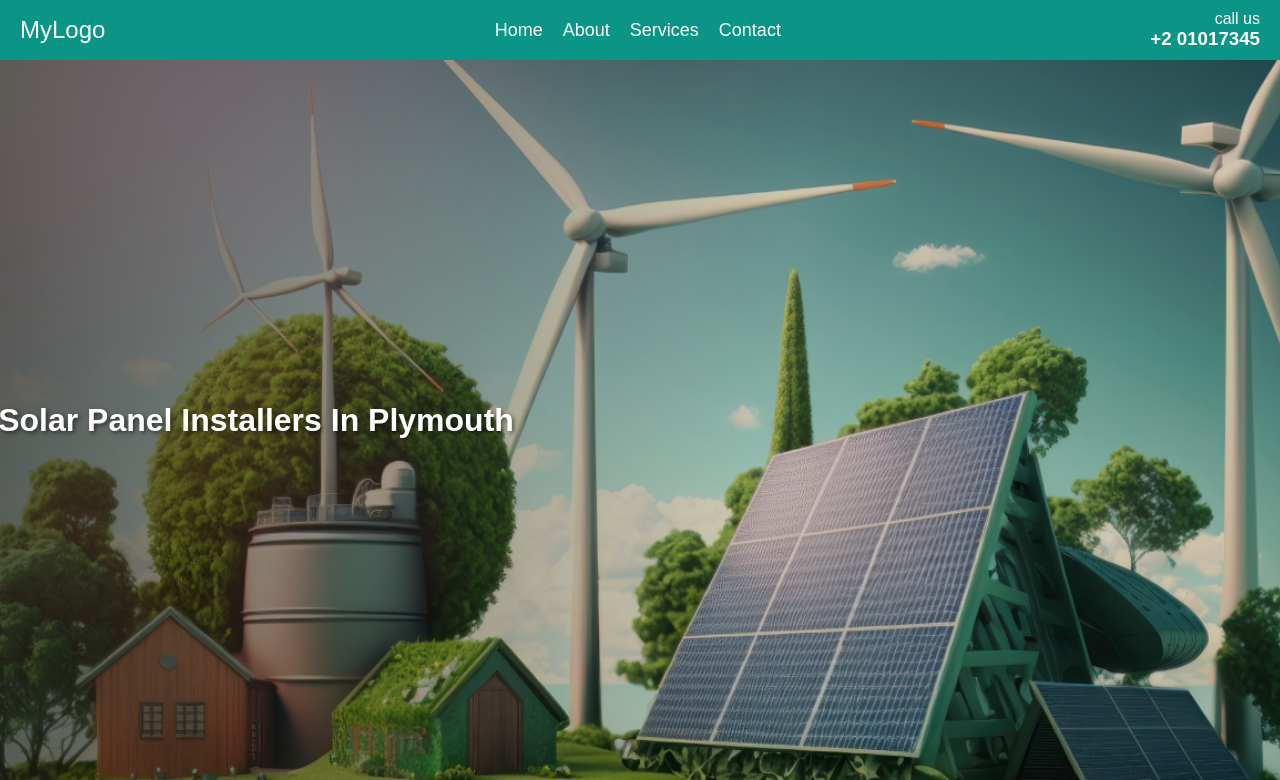
Repository: MaramNabil872/Landing-Page
Page: landingPage.html
The author's editor kept a copy of each file at every save. The page is drawn from the files as they stood at one save, then again after the next save.
The browser window is 1280 px wide. The pictures show the whole page.

Above is the page before, as saved 2024-10-20 20:20:41.

### landingPage.html
<!DOCTYPE html>
<html lang="en">
<head>
  <meta charset="UTF-8">
  <meta name="viewport" content="width=device-width, initial-scale=1.0">
  <title>Landing Page</title>
  <link rel="stylesheet" href="landingPage.css">
</head>
<body>
    <nav class="navbar">
        <div class="logo">MyLogo</div>

        <ul class="nav-links">
          <li><a href="#home">Home</a></li>
          <li><a href="#about">About</a></li>
          <li><a href="#services">Services</a></li>
          <li><a href="#contact">Contact</a></li>
        </ul>
        <div class="call">
            <p>call us</p>
            <h3>+2 01017345</h3>
        </div>
      </nav>


      <div class="image-container">
        <img src="images/solar-panels-meadow 1.png" alt="Background Image" class="background-image">
        <div>
            <h2 class="text-overlay">Solar Panel Installers In Plymouth</h2></div>
      </div>



    </body>
    </html>

### landingPage.css
* {
    margin: 0;
    padding: 0;
    box-sizing: border-box; /* Added for consistent sizing */
}

body {
    font-family: Arial, sans-serif;
}

.navbar {
    background-color: #0b9586;
    display: flex;
    justify-content: space-between;
    align-items: center;
    padding: 10px 20px;
    position: relative;
    flex-wrap: wrap; /* Allow items to wrap on smaller screens */
}

.logo {
    color: #fff;
    font-size: 24px;
}

.nav-links {
    list-style: none;
    display: flex;
    flex-wrap: wrap; /* Allow links to wrap on smaller screens */
}

.nav-links li {
    margin-left: 20px;
}

.nav-links a {
    text-decoration: none;
    color: white;
    font-size: 18px;
    transition: color 0.3s;
}

.nav-links a:hover {
    color: #f0a500;
}

.call {
    color: #fff;
    text-align: right; /* Align text to the right */
}

.image-container {
    position: relative;
    width: 100%;
    height: 100vh; /* Full screen height */
    overflow: hidden; /* Hide overflow */
}

.background-image {
    width: 100%;
    height: 100%;
    object-fit: cover; /* Ensure the image covers the entire container */
}

.text-overlay {
    position: absolute;
    top: 50%;
    left: 20%;
    transform: translate(-50%, -50%);
    color: white;
    font-size: 2rem;
    font-weight: bold;
    text-shadow: 2px 2px 4px rgba(0, 0, 0, 0.5);
}

/* Media Queries for Responsiveness */
@media (max-width: 768px) {
    .navbar {
        flex-direction: column; /* Stack items vertically */
        align-items: flex-start; /* Align items to the left */
    }

    .nav-links {
        margin-top: 10px; /* Space between navbar and links */
    }

    .nav-links li {
        margin-left: 0;
        margin-bottom: 10px; /* Space between links */
    }

    .text-overlay {
        font-size: 1.5rem; /* Smaller text size for mobile */
    }
}

@media (max-width: 480px) {
    .text-overlay {
        font-size: 1.2rem; /* Even smaller text size for very small screens */
    }

    .call h3 {
        font-size: 1.2rem; /* Adjust call size for small screens */
    }
}

After the next save:
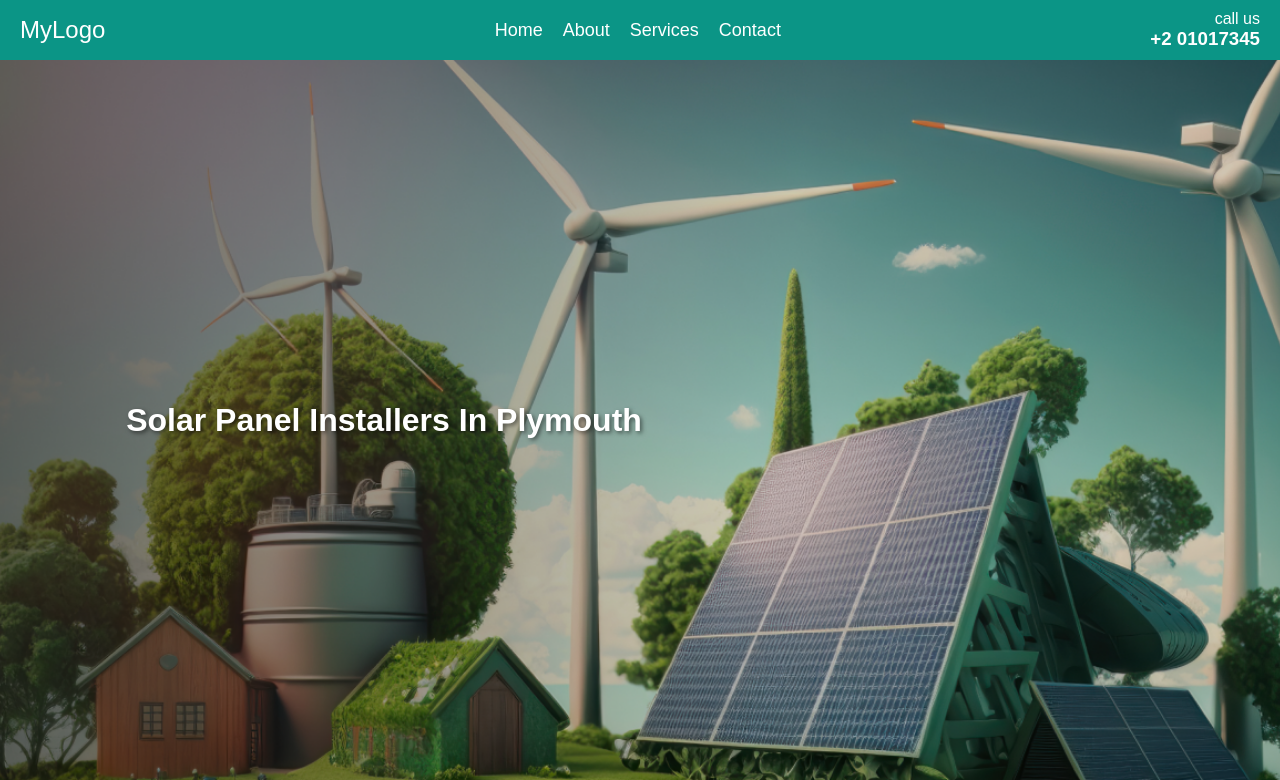
Saved 16 s later.
--- a/landingPage.css
+++ b/landingPage.css
@@ -65,7 +65,7 @@ body {
 .text-overlay {
     position: absolute;
     top: 50%;
-    left: 20%;
+    left: 30%;
     transform: translate(-50%, -50%);
     color: white;
     font-size: 2rem;
